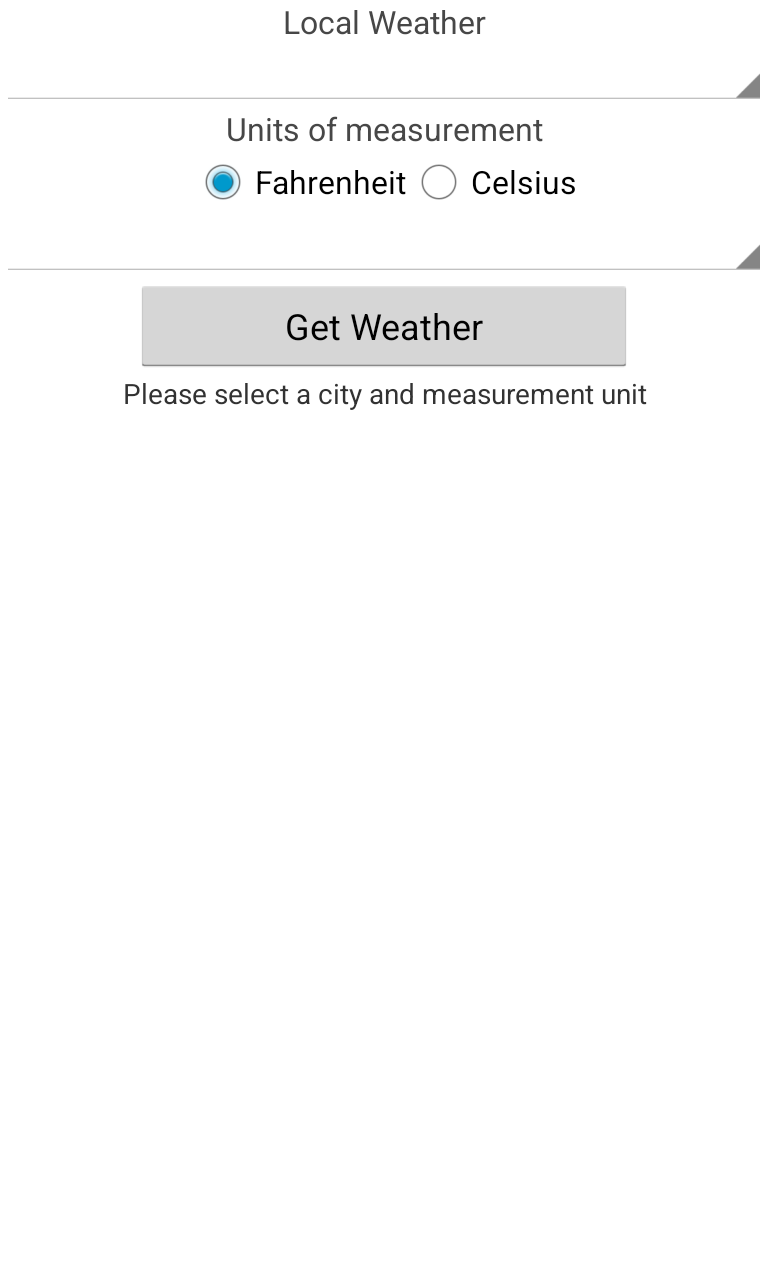
Repository: efreestone/Java1
Layout: Java1Project4/res/layout/activity_main.xml
An editor plug-in stored every save of this project. The layout is shown before and after the next save, followed by the edit.
It is drawn on a 768 x 1280 px phone screen (xhdpi) without system bars, with theme AppTheme; the app's code is not run.

Above is the layout before, as saved 2014-03-26 02:00:50.

### Java1Project4/res/layout/activity_main.xml
<?xml version="1.0" encoding="utf-8"?>
<LinearLayout xmlns:android="http://schemas.android.com/apk/res/android"
    android:id="@+id/parentView"
    android:layout_width="match_parent"
    android:layout_height="match_parent"
    android:orientation="vertical" >

    <!-- Top Linear Layout with controls -->
    <!-- <LinearLayout
        android:layout_width="match_parent"
        android:layout_height="wrap_content"
        android:orientation="horizontal"> -->

        <!-- Title -->
        <TextView
            android:layout_width="match_parent"
            android:layout_height="wrap_content"
            android:gravity="center"
            android:text="@string/titleString"
            style="@style/labelStyle"/>

        <!-- City Spinner -->
        <Spinner
            android:id="@+id/citySpinner"
            android:layout_width="match_parent"
            android:layout_height="wrap_content"/>

        <!-- Measurement Title -->
        <TextView
            android:layout_width="match_parent"
            android:layout_height="wrap_content"
            android:gravity="center"
            android:text="@string/measureTitleString"
            style="@style/labelStyle"/>

        <!-- Measurement Radio Buttons -->
        <RadioGroup
            android:id="@+id/tempUnitRadioGroup"
            android:layout_width="wrap_content"
            android:layout_height="wrap_content"
            android:layout_gravity="center"
            android:orientation="horizontal" >

            <RadioButton
                android:id="@+id/fahrenheitRadio"
                android:layout_width="match_parent"
                android:layout_height="wrap_content"
                android:text="@string/fahrenheitString"
                android:checked="true"/>

            <RadioButton
                android:id="@+id/celsiusRadio"
                android:layout_width="match_parent"
                android:layout_height="wrap_content"
                android:text="@string/celsiusString"/>
        </RadioGroup>

        <!-- Current Spinner -->
        <Spinner
            android:id="@+id/currentSpinner"
            android:layout_width="match_parent"
            android:layout_height="wrap_content"
            android:dropDownVerticalOffset="-45dp"
            android:popupBackground="@android:color/darker_gray"/>

        <!-- Get Weather Button -->
        <Button
            android:id="@+id/weatherButton"
            android:layout_width="wrap_content"
            android:layout_height="wrap_content"
            android:layout_gravity="center"
            android:width="250dp"
            android:text="@string/weatherButtonString"/>

	<!-- </LinearLayout> -->

	<!-- Bottom Gridlayout for temp display -->
	<GridLayout
	    android:id="@+id/tempGrid"
	    android:layout_width="match_parent"
	    android:layout_height="wrap_content"
	    android:columnCount="2">

        <!-- Display Temp -->
        <TextView
            android:id="@+id/displayTempView"
            android:layout_width="match_parent"
            android:layout_height="wrap_content"
            android:gravity="center"
            android:text="@string/displayTempString"/>

	</GridLayout>

	<!-- <TextView
	    android:layout_width="wrap_content"
	    android:layout_height="wrap_content"
	    android:layout_gravity="center"
	    android:text="@string/weatherProvidedBy"
	    android:layout_marginTop="25dp"
	    style="@style/labelStyle"/>

	<ImageView
	    android:id="@+id/weatherIcon"
	    android:layout_width="wrap_content"
	    android:layout_height="wrap_content"
	    android:contentDescription="@string/weatherIconAccString"
	    android:layout_gravity="center"/> -->

</LinearLayout>

### Java1Project4/res/values-v14/styles.xml
<resources xmlns:android="http://schemas.android.com/apk/res/android">

    <!--
        Base application theme for API 14+. This theme completely replaces
        AppBaseTheme from BOTH res/values/styles.xml and
        res/values-v11/styles.xml on API 14+ devices.
    -->
    <style name="AppBaseTheme" parent="android:Theme.Holo.Light.DarkActionBar"/>

        <!-- Labels -->
        <style name="labelStyle">
            <item name="android:textStyle">normal</item>
            <item name="android:textColor">#474747</item>
            <item name="android:textSize">16sp</item>
        </style>


</resources>

### Java1Project4/res/values/strings.xml
<?xml version="1.0" encoding="utf-8"?>
<resources>

    <string name="app_name">Java1Project4</string>
    <string name="action_settings">Settings</string>
    <string name="hello_world">Hello world!</string>

    <!-- Title and button strings -->
    <string name="titleString">Local Weather</string>
    <string name="measureTitleString">Units of measurement</string>
    <string name="weatherButtonString">Get Weather</string>
    <string name="displayTempString">Please select a city and measurement unit</string>

    <!-- Connection Alert strings -->
    <string name="noConnectionTitle">Connection Error</string>
    <string name="noConnectionAlert">This application requires internet access. Please check your network connection and try again.</string>

    <!-- Main URL strings -->
    <string name="mainURLString">http://api.wunderground.com/api/8204b5c9bf753afb/</string>
    <string name="conditionsURLString">conditions/q/</string>
    <string name="forecastURLString">forecast/q/</string>
    <!-- City URL strings -->
    <string name="lovelandString">CO/Loveland.json</string>
    <string name="losAngelesString">CA/Los_Angeles.json</string>
    <string name="newYorkString">NY/New_York.json</string>
    <string name="chicagoString">IL/Chicago.json</string>
    <string name="orlandoString">FL/Orlando.json</string>

    <!-- Radio Button Text -->
    <string name="fahrenheitString">Fahrenheit</string>
    <string name="celsiusString">Celsius</string>

    <!-- Cities array for first spinner -->
    <string-array name="cities_array">
        <item >Loveland</item>
        <item >Los Angeles</item>
        <item >New York</item>
        <item >Chicago</item>
        <item >Orlando</item>
    </string-array>

    <!-- Array for second spinner -->
    <string-array name="current_forecast">
        <item >Current Weather</item>
        <item >3-day Forecast</item>
    </string-array>

    <!-- Weather Icon -->
    <string name="weatherIconAccString">Weather Icon</string>
    <string name="weatherIconURL"></string>
    <string name="weatherProvidedBy">Weather Provided By:</string>

</resources>

Loaded but not shown: Java1Project4/res/values/styles.xml (common file); Java1Project4/res/values-v11/styles.xml (common file)

After the next save:
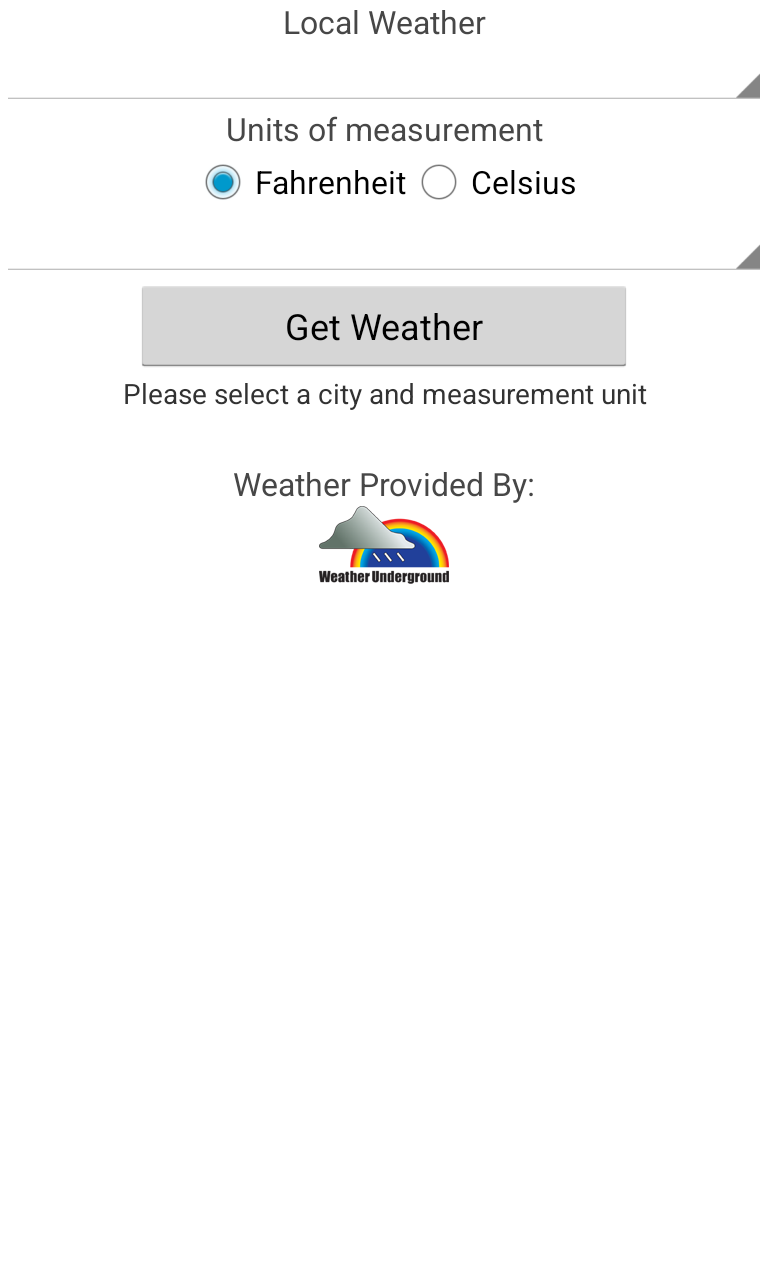
Saved 5 min 6 s later.
--- a/Java1Project4/res/layout/activity_main.xml
+++ b/Java1Project4/res/layout/activity_main.xml
@@ -1,6 +1,5 @@
 <?xml version="1.0" encoding="utf-8"?>
 <LinearLayout xmlns:android="http://schemas.android.com/apk/res/android"
-    android:id="@+id/parentView"
     android:layout_width="match_parent"
     android:layout_height="match_parent"
     android:orientation="vertical" >
@@ -91,7 +90,7 @@
 
 	</GridLayout>
 
-	<!-- <TextView
+	<TextView
 	    android:layout_width="wrap_content"
 	    android:layout_height="wrap_content"
 	    android:layout_gravity="center"
@@ -104,6 +103,7 @@
 	    android:layout_width="wrap_content"
 	    android:layout_height="wrap_content"
 	    android:contentDescription="@string/weatherIconAccString"
-	    android:layout_gravity="center"/> -->
+	    android:layout_gravity="center"
+	    android:src="@drawable/logo_130x80"/>
 
 </LinearLayout>

After the save that followed:
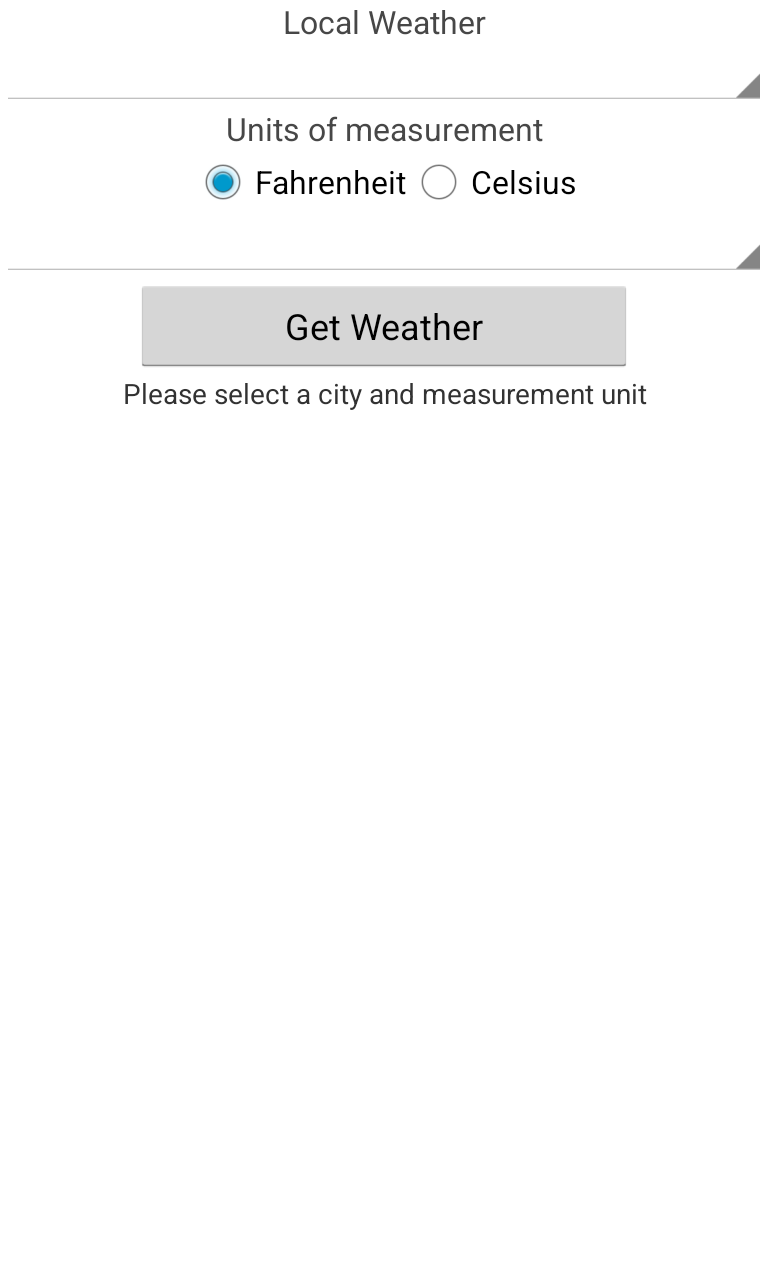
Saved 14 min 2 s later.
--- a/Java1Project4/res/layout/activity_main.xml
+++ b/Java1Project4/res/layout/activity_main.xml
@@ -90,7 +90,7 @@
 
 	</GridLayout>
 
-	<TextView
+	<!-- <TextView
 	    android:layout_width="wrap_content"
 	    android:layout_height="wrap_content"
 	    android:layout_gravity="center"
@@ -104,6 +104,6 @@
 	    android:layout_height="wrap_content"
 	    android:contentDescription="@string/weatherIconAccString"
 	    android:layout_gravity="center"
-	    android:src="@drawable/logo_130x80"/>
+	    android:src="@drawable/logo_130x80"/> -->
 
 </LinearLayout>
